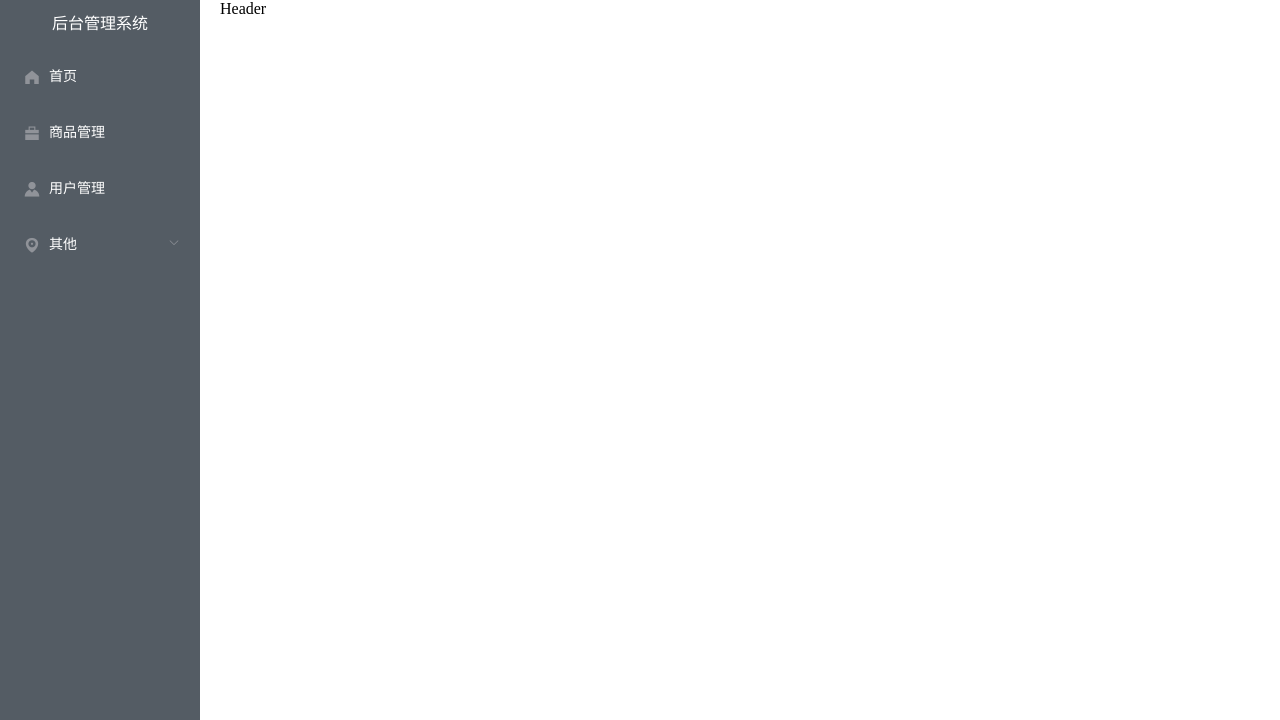
Repository: ldqml/ldqml.github.io
Page: /
The author's editor kept a copy of each file at every save. The page is drawn from the files as they stood at one save, then again after the next save.
The browser window is 1280 px wide. The pictures show the whole page.
The project was rebuilt for these pictures with package versions that can differ from the ones it lists, and the page was loaded fresh each time. Also part of the build but not shown: vue.config.js, src/views/User.vue, src/views/Mall.vue, src/views/PageOne.vue, src/views/PageTwo.vue.

Above is the page before, as saved 2022-10-31 17:37:00.

### src/main.js
import Vue from 'vue'
import App from './App.vue'
import ElementUi from 'element-ui'
import 'element-ui/lib/theme-chalk/index.css'
import router from './router'

Vue.use(ElementUi)
Vue.config.productionTip = false

new Vue({
  router,
  render: h => h(App),
}).$mount('#app')

### src/App.vue
<template>
  <div id="app">
    <!-- <el-row>
      <el-button disabled>默认按钮</el-button>
      <el-button type="primary" disabled>主要按钮</el-button>
      <el-button type="success" disabled>成功按钮</el-button>
      <el-button type="info" disabled>信息按钮</el-button>
      <el-button type="warning" disabled>警告按钮</el-button>
      <el-button type="danger" disabled>危险按钮</el-button>
    </el-row> -->
    <router-view></router-view>
  </div>
</template>

<script>
export default {
  name: "App",
  components: {},
};
</script>

<style lang="less">
html, body,h3{
  margin: 0;
  padding: 0;
}
</style>

### src/router/index.js
import Vue from 'vue'
import VueRouter from 'vue-router'
import User from '../views/User.vue'
import Home from '../views/Home.vue'
import Main from '../views/Main.vue'
import Mall from '../views/Mall.vue'
import PageOne from '../views/PageOne.vue'
import PageTwo from '../views/PageTwo.vue'

Vue.use(VueRouter)

const routes = [
    {
        path:'/',
        component:Main,
        children:[
            {
                path:'/home',
                component: Home
            },
            {
                path:'/user',
                component: User
            },
            {
                path:'/mall',
                component: Mall
            },
            {
                path:'/page1',
                component: PageOne
            },
            {
                path:'/page2',
                component: PageTwo
            }
        ]
    }
]

const router = new VueRouter({
    routes
})

export default router

### src/views/Main.vue
<template>
  <div>
    <el-container>
      <el-aside width="200px">
        <com-aside></com-aside>
      </el-aside>
      <el-container>
        <el-header>Header</el-header>
        <el-main>
            <router-view></router-view>
        </el-main>
      </el-container>
    </el-container>
  </div>
</template>
<script>
import ComAside from '../components/ComAside.vue'
export default {
  data() {
    return {}
  },
  components:{
    ComAside
  }
};
</script>

### src/components/ComAside.vue
<template>
  <el-menu
    default-active="1-4-1"
    class="el-menu-vertical-demo"
    @open="handleOpen"
    @close="handleClose"
    :collapse="isCollapse"
    background-color="#545c64"
    text-color="#fff"
    active-text-color="#ffd04b"
  >
    <h3>后台管理系统</h3>
    <el-menu-item @click="toHome(item)" v-for="item in noChildren" :key='item.name' :index="item.name">
      <i :class="`el-icon-${item.icon}`"></i>
      <span slot="title">{{item.label}}</span>
    </el-menu-item>
    <el-submenu v-for="item in hasChildren" :key="item.name" :index="item.name">
      <template slot="title">
        <i class="el-icon-location"></i>
        <span slot="title">{{item.label}}</span>
      </template>
      <el-menu-item-group>
        <el-menu-item v-for="subitem in item.children" :key="subitem.name" :index="subitem.name">{{subitem.label}}</el-menu-item>
      </el-menu-item-group>
    </el-submenu>
  </el-menu>
</template>

<style lang="less" scoped>
.el-menu-vertical-demo:not(.el-menu--collapse) {
  width: 200px;
  min-height: 400px;
}
.el-menu{
  height: 100vh;
  h3{
    color: #fff;
    text-align: center;
    line-height: 48px;
    font-size: 16px;
    font-weight: 400;
  }
}
</style>

<script>
export default {
  data() {
    return {
      isCollapse: false,
      menuDate:[
        {
          path: '/',
          name: 'home',
          label: '首页',
          icon: 's-home',
          url: 'Home/Home'
        },
        {
          path: '/mall',
          name: 'mall',
          label: '商品管理',
          icon: 's-cooperation',
          url: 'MallManage/MallManage'
        },
        {
          path: '/user',
          name: 'user',
          label: '用户管理',
          icon: 's-custom',
          url: 'UserManage/UserManage'
        },
        {
          label: '其他',
          icon: 'location',
          children: [
            {
              path: '/page1',
              name: 'page1',
              label: '首页1',
              icon: 'setting',
              url: 'Other/PageOne'
            },
            {
              path: '/page2',
              name: 'page2',
              label: '首页2',
              icon: 'setting',
              url: 'Other/PageTwo'
            }
          ]
        }
      ]
    };
  },
  methods: {
    handleOpen(key, keyPath) {
      console.log(key, keyPath);
    },
    handleClose(key, keyPath) {
      console.log(key, keyPath);
    },
    toHome(item){
      this.$router.push(item.path)
    }
  },
  computed:{
    noChildren(){
        return this.menuDate.filter(item => !item.children)
    },
    hasChildren(){
        return this.menuDate.filter(item => item.children)
    }
  }
};
</script>

### src/views/Home.vue
<template>
    <div>
        <h1>我是主页</h1>
    </div>
</template>
<script>
export default {
    data() {
        return {

        }
    },
}
</script>

Loaded but not shown: public/index.html (common file)

After the next save:
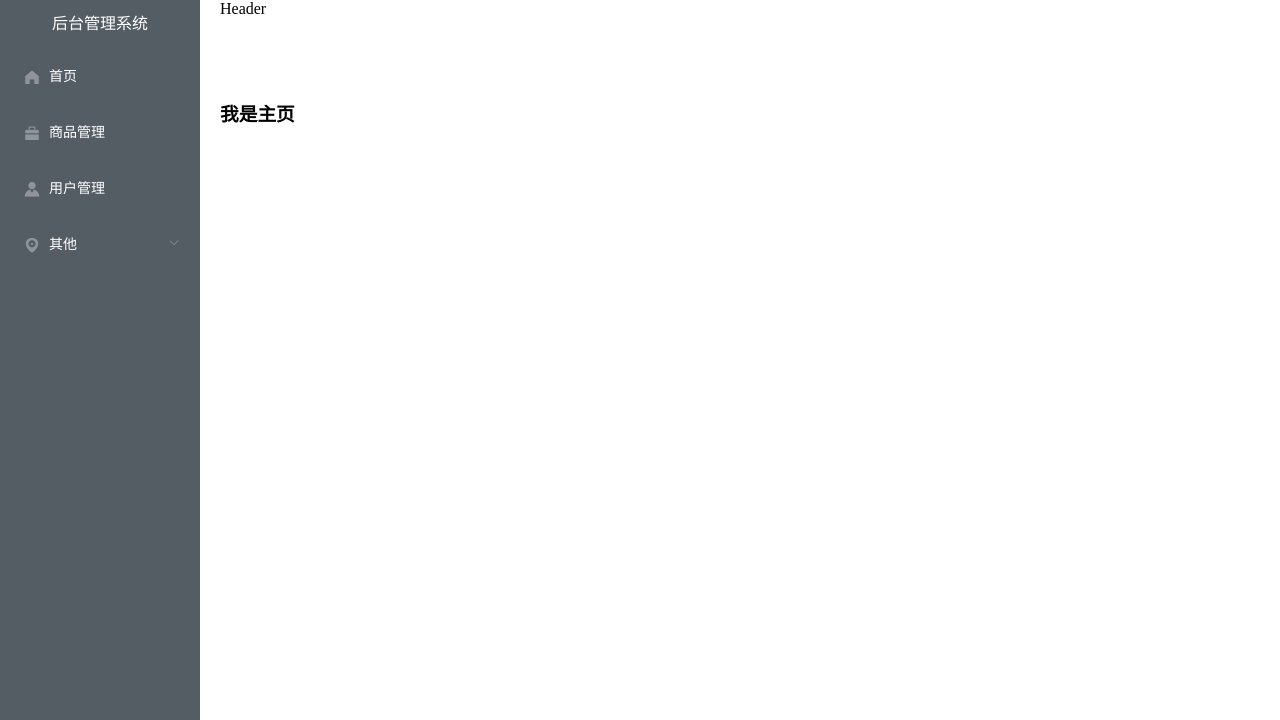
Saved 34 s later.
--- a/src/router/index.js
+++ b/src/router/index.js
@@ -15,7 +15,7 @@
         component:Main,
         children:[
             {
-                path:'/home',
+                path:'/',
                 component: Home
             },
             {
